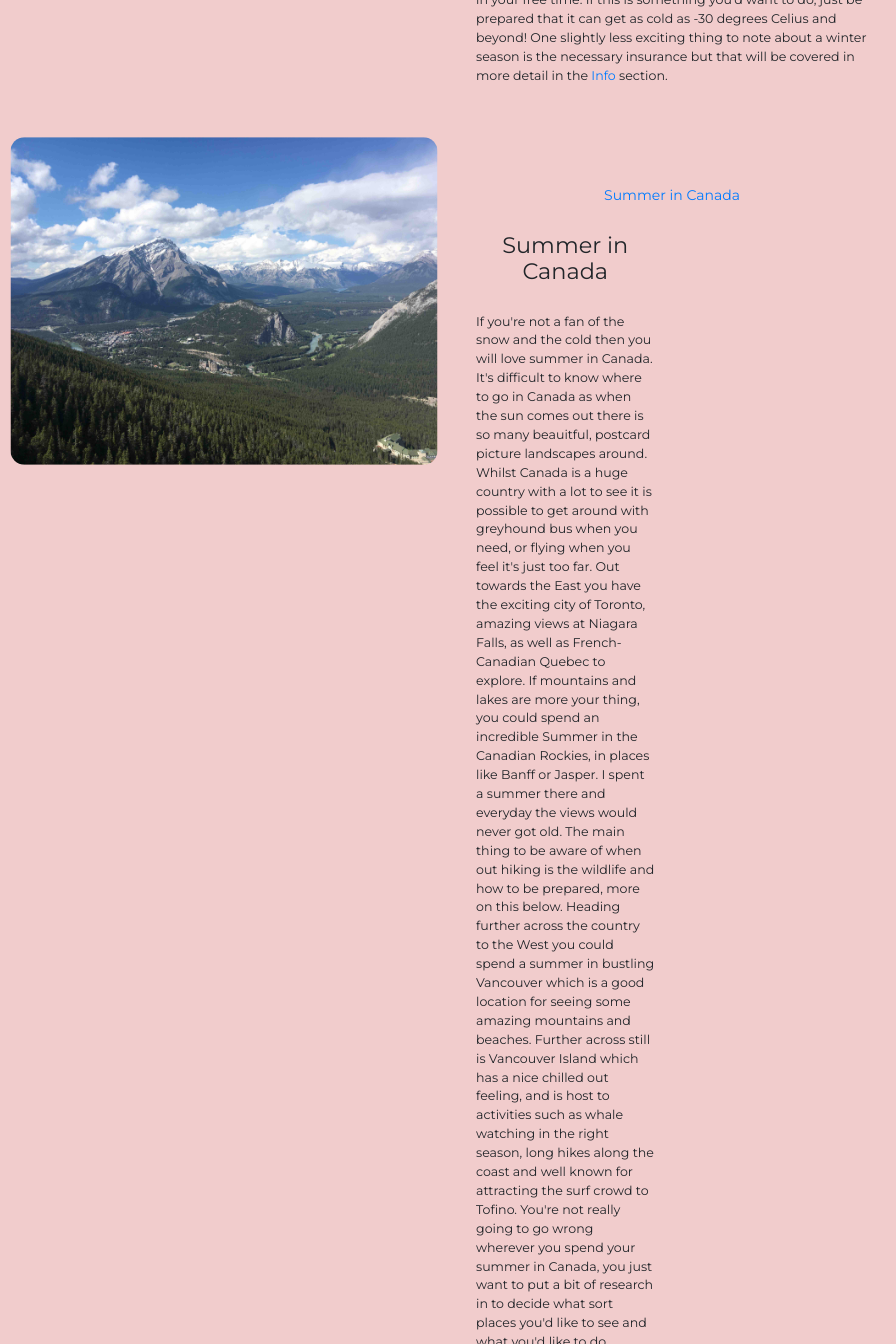
Repository: JonWil91/Travel-Canada
Page: seasonal.html
The author's editor kept a record of every edit. The page is drawn from the files as they stood at one moment, then again after the next edit.
The browser window is 1280 px wide. The pictures show the part of the page from y = 910 to 2830 px (the page is 3003 px tall before and 2916 px after), at 70% of full size.
Some web libraries are served in a nearby version.

Above is the page before.

After the next edit:
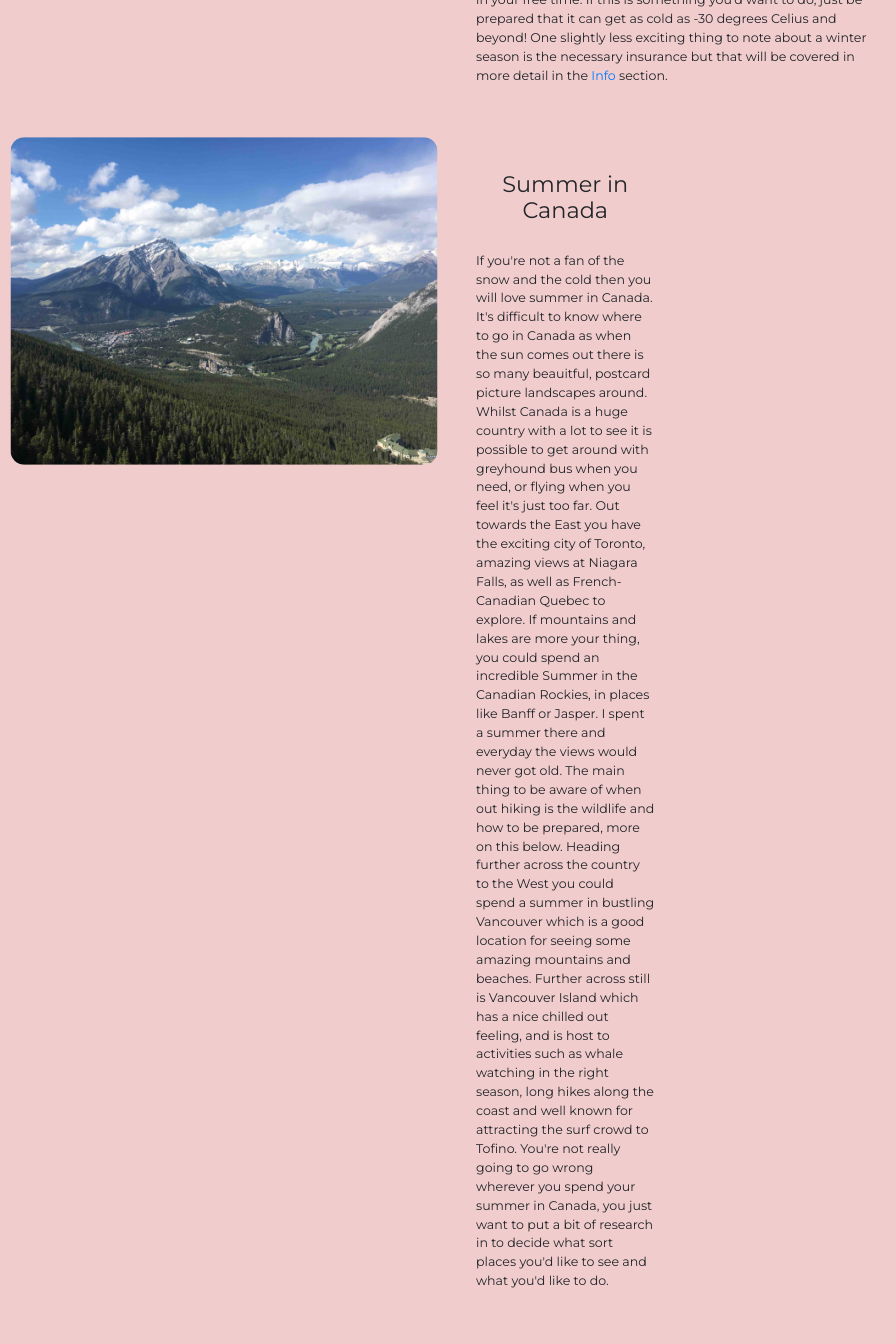
The edit:
--- a/seasonal.html
+++ b/seasonal.html
@@ -109,7 +109,7 @@
                     <img src="images/canada-summer.jpg" class="img-fluid">
                 </div>
                 <div class="col-lg-6 my-5">
-                    <div class="accordion" id="accordionExample">
+                    <div class="accordion d-sm-none" id="accordionExample">
                         <div class="card">
                             <div class="card-header" id="headingTwo">
                                 <h2 class="mb-0">
